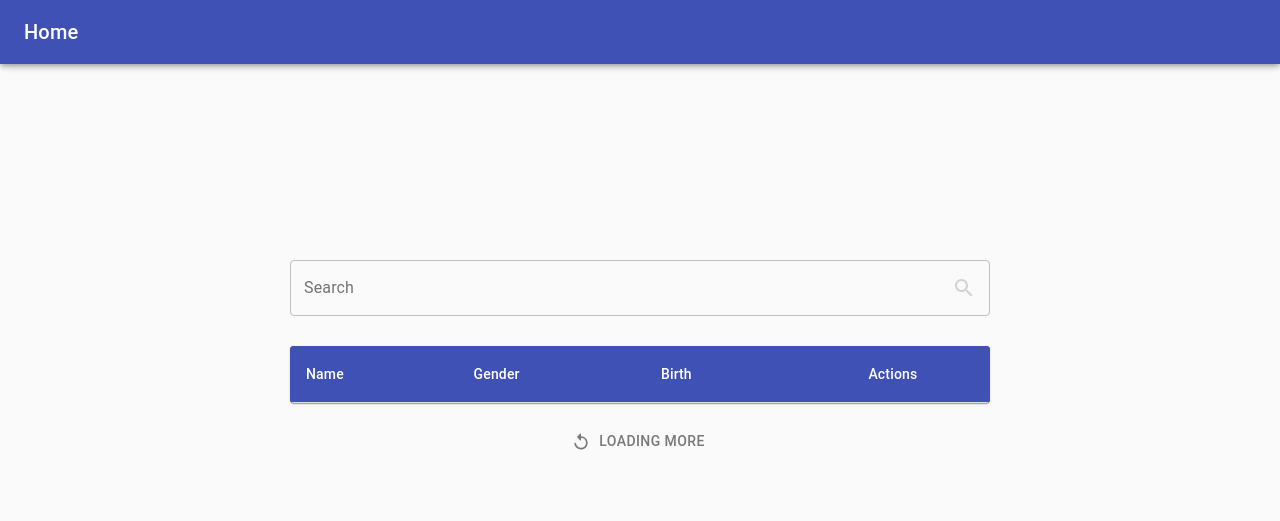
Repository: GabrielBrandaoProjetos/patient-manager
Page: /
An editor plug-in stored every save of this project. The page is shown before and after the next save, followed by the edit.
The browser window is 1280 px wide. The pictures show the whole page.
The page's requests for data from a server got no answer. The project was rebuilt for these pictures with package versions that can differ from the ones it lists, and the page was loaded fresh each time. No one was signed in, and anything a server would have sent is missing.

Above is the page before, as saved 2021-09-14 18:35:07.

### public/index.html
<!DOCTYPE html>
<html lang="en">
  <head>
    <meta charset="utf-8" />
    <meta name="viewport" content="minimum-scale=1, width=device-width, initial-scale=1" />
    <meta name="theme-color" content="#000000" />

    <title>React App</title>
  </head>
  <body>
    <noscript>You need to enable JavaScript to run this app.</noscript>
    <div id="root"></div>
  </body>
</html>

### src/App.tsx
import React from 'react';
import { CssBaseline } from '@material-ui/core';
import { Home } from './pages/Home/Home';
import { TableProvider } from './contexts/TableContext';


function App() {
  return (
    <>
    <TableProvider>
      <CssBaseline />
      <Home />
    </TableProvider>
    </>
  );
}

export default App;

### src/pages/Home/Home.tsx
import React from 'react';
import { AppBar, Button, FormControl, InputAdornment, InputLabel, OutlinedInput, Paper, Table, TableBody, TableCell, TableContainer, TableHead, TableRow, Toolbar, Typography } from '@material-ui/core';
import {Search, ReplayRounded} from '@material-ui/icons';
import { createStyles, makeStyles, Theme } from '@material-ui/core/styles';
import { useTableContext } from '../../contexts/TableContext';

const useStyles = makeStyles((theme: Theme) =>
  createStyles({
    root: {
      width: '100vw',
      height: '100vh',
      display: 'flex',
      flexDirection: 'column',
      alignItems: 'center',
      justifyContent: 'center',
    },
    title: {
      flexGrow: 1,
    },
    form: {
      maxWidth: 700,
      width: "100%",
    },
    outlinedInput: {

    },
    search: {
      color: "#d2d2d2",
    },
    tableContainer: {
      maxWidth: 700,
      width: "100%",

      marginTop: 30,
      marginBottom: 20,
      backgroundColor: "#4f5052",
    },
    row: {
      color: "white",
      background: "#3f51b5"
    },
    rowBody: {
      '&:nth-of-type(odd)': {
        backgroundColor: "#78797a",
      }
    },
    cell: {
      color: "white",
    },
    actions: {
      padding: 0
    },
    buttonShow: {
      padding: "4px 16px",
      textTransform: "none"
    },
    buttonLoading: {
      color: "#78797a",
    },
  }),
);

export const Home = () => {
  const classes = useStyles();

  const {patients} = useTableContext()

  return(
    <div className={classes.root}>
      <AppBar>
        <Toolbar>
          <Typography variant="h6" className={classes.title}>
            Home
          </Typography>
        </Toolbar>
      </AppBar>

      <FormControl className={classes.form} variant="outlined">
        <InputLabel htmlFor="outlined-adornment-search">Search</InputLabel>
        <OutlinedInput
          classes={{root: classes.outlinedInput}}
          id="outlined-adornment-search"
          type="search"
          // value={values.password}
          // onChange={handleChange('password')}
          endAdornment={
            <InputAdornment position="end">
              <Search className={classes.search}/>
            </InputAdornment>
          }
          labelWidth={70}
        />
      </FormControl>

      <TableContainer component={Paper} className={classes.tableContainer}>
        <Table aria-label="simple table">
          <TableHead>
            <TableRow className={classes.row}>
              <TableCell className={classes.cell}>Name</TableCell>
              <TableCell className={classes.cell}>Gender</TableCell>
              <TableCell className={classes.cell}>Birth</TableCell>
              <TableCell align="center" className={classes.cell}>Actions</TableCell>
            </TableRow>
          </TableHead>
          <TableBody>
            {patients.map((patient) => (
              <TableRow key={patient.login.uuid} className={classes.rowBody}>
                <TableCell component="th" className={classes.cell}>{patient.name.first}</TableCell>
                <TableCell className={classes.cell}>masculino</TableCell>
                <TableCell className={classes.cell}>26</TableCell>
                <TableCell align="center" className={classes.actions}>
                  <Button variant="contained" color="primary" disableElevation className={classes.buttonShow}>show</Button>
                </TableCell>
              </TableRow>
            ))}

          </TableBody>
        </Table>
      </TableContainer>

      <Button
        className={classes.buttonLoading}
        startIcon={<ReplayRounded/>}
      >
        Loading more
      </Button>
    </div>
  )
}

### src/contexts/TableContext.tsx
import { createContext, useContext, useEffect, useState } from "react";
import { searchPatients } from "../services/api";

interface TableContextData{
	patients: any[]
}

const TableContext = createContext<TableContextData>({} as TableContextData)

export const TableProvider: React.FC = ({children}) => {
  const [patients, setPatients] = useState([])

  useEffect(() => {
    async function handleSearchPatients() {
      setPatients(await searchPatients())
    }
    handleSearchPatients()
  }, [])

  return (
    <TableContext.Provider value={{patients}}>
      {children}
    </TableContext.Provider>
  )
}

export function useTableContext(){
	const context = useContext(TableContext)
	return context
}

### src/services/api.ts
import axios from 'axios';

const api = axios.create({
    baseURL: 'https://randomuser.me/api/',
})


export async function searchPatients(){
  const response = await api.get("?results=50")
  return response.data.results
}

Loaded but not shown: src/index.tsx (common file); src/reportWebVitals.ts (common file)

After the next save:
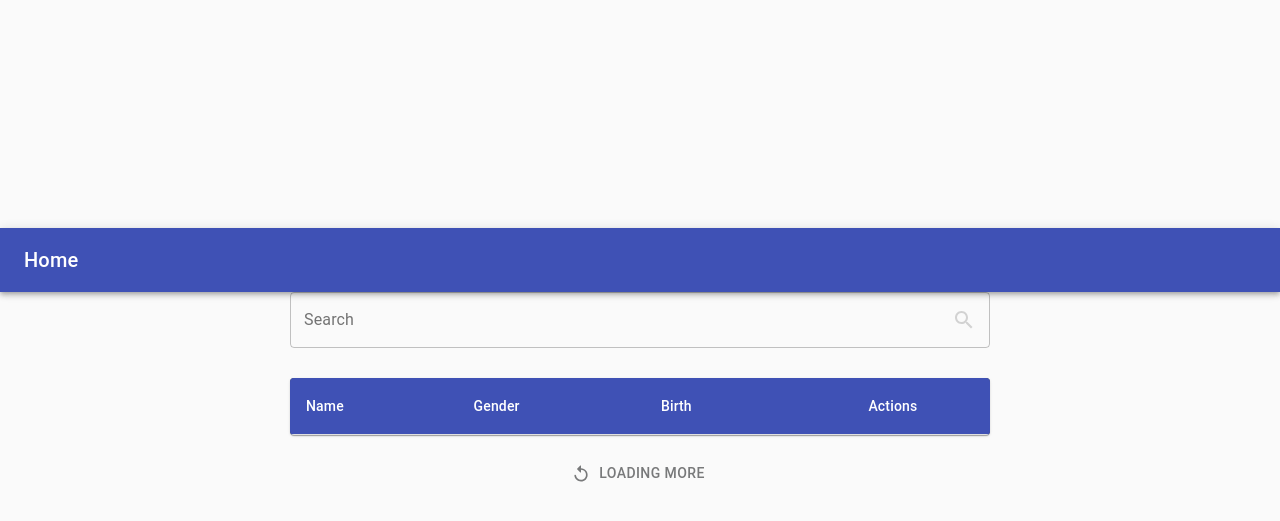
Saved 63 s later.
--- a/src/pages/Home/Home.tsx
+++ b/src/pages/Home/Home.tsx
@@ -67,7 +67,7 @@
 
   return(
     <div className={classes.root}>
-      <AppBar>
+      <AppBar position="static">
         <Toolbar>
           <Typography variant="h6" className={classes.title}>
             Home

After the save that followed:
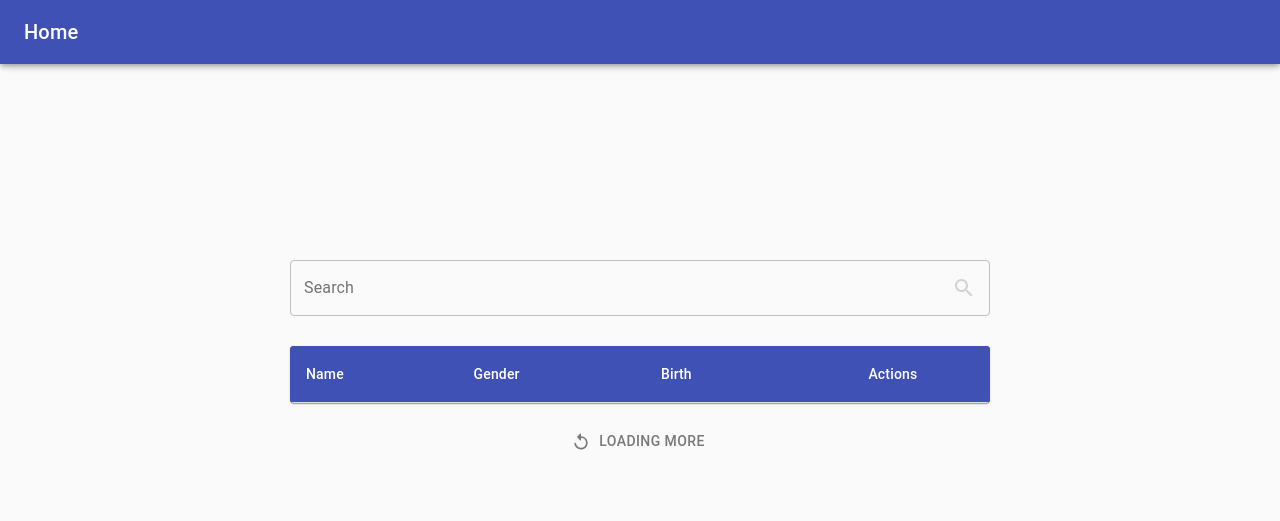
Saved 2 min 17 s later.
--- a/src/pages/Home/Home.tsx
+++ b/src/pages/Home/Home.tsx
@@ -67,7 +67,7 @@
 
   return(
     <div className={classes.root}>
-      <AppBar position="static">
+      <AppBar>
         <Toolbar>
           <Typography variant="h6" className={classes.title}>
             Home
